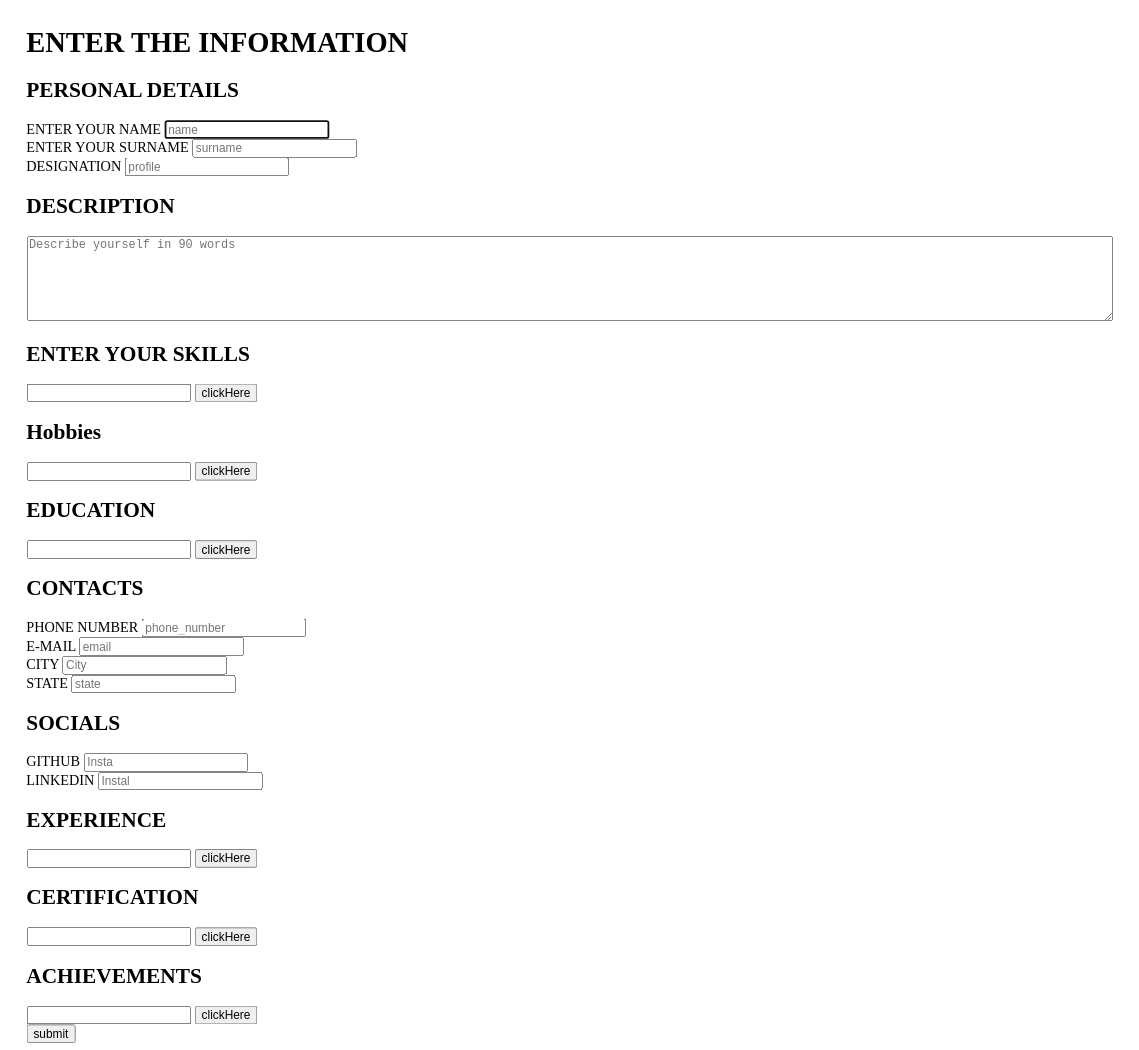
Repository: S-I-D-D-H/sync
Page: http://localhost/resume_builder/ind
An editor plug-in stored every save of this project. The page is shown before and after the next save, followed by the edit.
The browser window is 1280 px wide. The pictures show the whole page, at 89% of full size.
The page is served by Tomcat 9.

Above is the page before, as saved 2023-09-03 08:19:18.

After the next save:
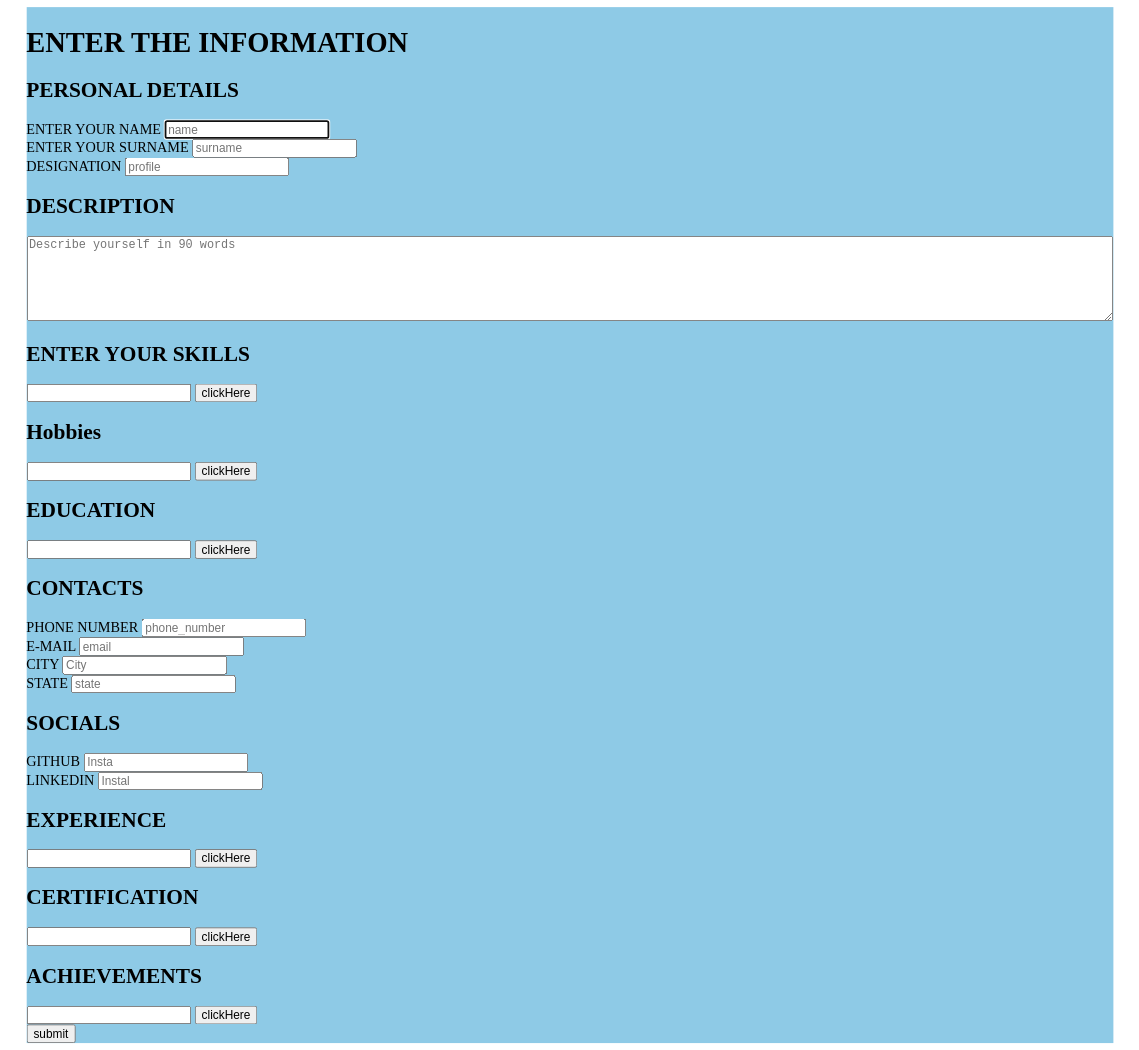
Saved 2 min 28 s later.
--- a/ressumebuilder/resume_builder/src/main/webapp/WEB-INF/VIEWS/form.jsp
+++ b/ressumebuilder/resume_builder/src/main/webapp/WEB-INF/VIEWS/form.jsp
@@ -13,6 +13,10 @@
   color: black;
   display: flex;
   justify-content:center;
+}
+#header
+{
+  background-color: #8ecae6;
 }
 
 </style>
